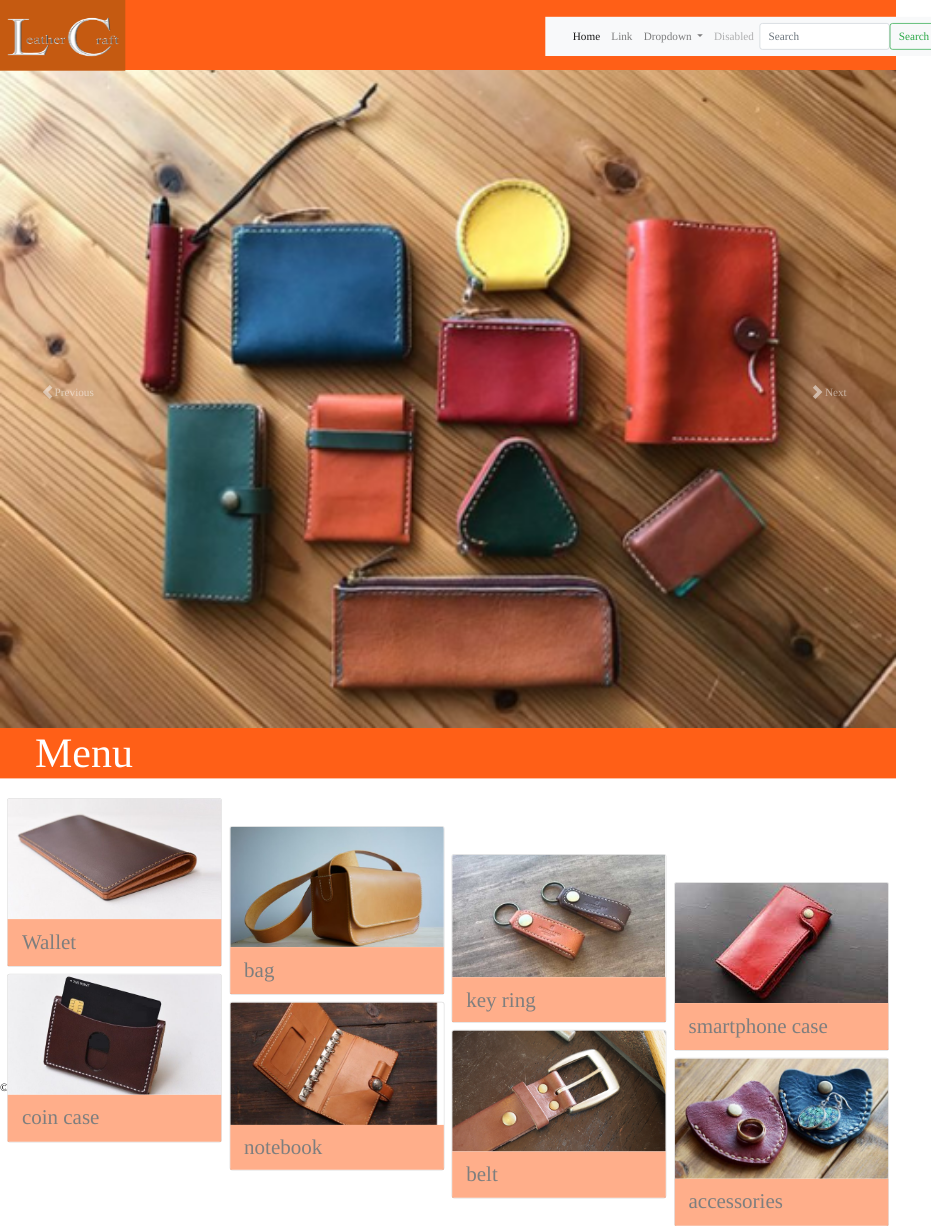
Repository: Ossan-gon/leatercraft
Page: index/indexx.html
The author's editor kept a record of every edit. The page is drawn from the files as they stood at one moment, then again after the next edit.
The browser window is 1280 px wide. The page is 1330 px wide, so the pictures cover 1330 px, including what lies to the right of the window. The pictures show the whole page, at 70% of full size.
Some web libraries are served in a nearby version.

Above is the page before.

### index/indexx.html
<!DOCTYPE html>
<html lang="ja">
<head>
    <meta charset="UTF-8">
    <meta name="viewport" content="width=device-width, initial-scale=1.0">
    <meta http-equiv="X-UA-Compatible" content="ie=edge">
    <title>leathercraft</title>
    <link rel="stylesheet" href="https://stackpath.bootstrapcdn.com/bootstrap/4.2.1/css/bootstrap.min.css" integrity="sha384-GJzZqFGwb1QTTN6wy59ffF1BuGJpLSa9DkKMp0DgiMDm4iYMj70gZWKYbI706tWS" crossorigin="anonymous">
    <link rel="stylesheet" href="./../stylesheet/style.css">
</head>
<body>
    <header id="h_r">
        <img class="h_l" src="./../images/logo.png"></img>  <nav class="h_n" class="navbar navbar-expand-lg navbar-light bg-light">
  　     <nav class="navbar navbar-expand-lg navbar-light bg-light">
           <div class="container-fluid">
            <button class="navbar-toggler" type="button" data-bs-toggle="collapse" data-bs-target="#navbarSupportedContent" aria-controls="navbarSupportedContent" aria-expanded="false" aria-label="Toggle navigation">
              <span class="navbar-toggler-icon"></span>
            </button>
           <div class="collapse navbar-collapse" id="navbarSupportedContent">
           <ul class="navbar-nav me-auto mb-2 mb-lg-0">
            <li class="nav-item">
             <a class="nav-link active" aria-current="page" href="#">Home</a>
            </li>
            <li class="nav-item">
             <a class="nav-link" href="#">Link</a>
            </li>
            <li class="nav-item dropdown">
              <a class="nav-link dropdown-toggle" href="#" id="navbarDropdown" role="button" data-bs-toggle="dropdown" aria-expanded="false">
              Dropdown
              </a>
             <ul class="dropdown-menu" aria-labelledby="navbarDropdown">
               <li><a class="dropdown-item" href="#">Action</a></li>
               <li><a class="dropdown-item" href="#">Another action</a></li>
               <li><hr class="dropdown-divider"></li>
               <li><a class="dropdown-item" href="#">Something else here</a></li>
            </ul>
            </li>
            <li class="nav-item">
             <a class="nav-link disabled" href="#" tabindex="-1" aria-disabled="true">Disabled</a>
            </li>
           </ul>
           <form class="d-flex">
            <input class="form-control me-2" type="search" placeholder="Search" aria-label="Search">
            <button class="btn btn-outline-success" type="submit">Search</button>
           </form>
          </div>
          </div>
        </nav>
    </header>
    <div id="carouselExampleFade" class="carousel slide carousel-fade" class="slide" data-bs-ride="carousel">
         <div class="carousel-inner">
            <div class="carousel-item active">
              <img src="./../images/leather_1.png" class="d-block w-100" alt="leather1">
            </div>
            <div class="carousel-item">
              <img src="./../images/leather_2.png" class="d-block w-100" alt="leather2">
            </div>
            <div class="carousel-item">
              <img src="./../images/leather_3.png" class="d-block w-100" alt="leather3">
            </div>
         </div>
            <a class="carousel-control-prev" href="#carouselExampleFade" role="button" data-bs-slide="prev">
            <span class="carousel-control-prev-icon" aria-hidden="true"></span>
            <span class="visually-hidden">Previous</span>
            </a>
            <a class="carousel-control-next" href="#carouselExampleFade" role="button" data-bs-slide="next">
            <span class="carousel-control-next-icon" aria-hidden="true"></span>
            <span class="visually-hidden">Next</span>
            </a>
    </div>
    <section id="menu">
        <div class="m_h">
            <h1>Menu</h1>
        </div>
        <div id="card_set">
            <div class="card" style="width: 18rem;">
              <img src="./../images/wallet.png" class="card-img-top" alt="wallet">
              <div class="card-body">
                <p class="card-text">Wallet</p>
              </div>
            </div>
            <div class="card" style="width: 18rem;">
              <img src="./../images/bag.png" class="card-img-top" alt="bag">
              <div class="card-body">
                <p class="card-text">bag</p>
              </div>
            </div>
            <div class="card" style="width: 18rem;">
              <img src="./../images/keyring.png" class="card-img-top" alt="key_ring">
              <div class="card-body">
                <p class="card-text">key ring</p>
              </div>
            </div>
            <div class="card" style="width: 18rem;">
              <img src="./../images/smartphonecase.png" class="card-img-top" alt="smartphone_case">
              <div class="card-body">
                <p class="card-text">smartphone case</p>
              </div>
            </div>
            <div class="card" style="width: 18rem;">
              <img src="./../images/coincase.png" class="card-img-top" alt="coin_case">
              <div class="card-body">
                <p class="card-text">coin case</p>
              </div>
            </div>
            <div class="card" style="width: 18rem;">
              <img src="./../images/notebook.png" class="card-img-top" alt="notebook">
              <div class="card-body">
                <p class="card-text">notebook</p>
              </div>
            </div>
            <div class="card" style="width: 18rem;">
              <img src="./../images/belt.png" class="card-img-top" alt="belt">
              <div class="card-body">
                <p class="card-text">belt</p>
              </div>
            </div>
            <div class="card" style="width: 18rem;">
              <img src="./../images/accessories.png" class="card-img-top" alt="accessories">
              <div class="card-body">
                <p class="card-text">accessories</p>
              </div>
            </div>
        </div>
    </section>
    <footer id="footer">
        <p>&copy; LeatherCraft</p>
    </footer>
    <script src="https://cdn.jsdelivr.net/npm/@popperjs/core@2.5.4/dist/umd/popper.min.js" integrity="sha384-q2kxQ16AaE6UbzuKqyBE9/u/KzioAlnx2maXQHiDX9d4/zp8Ok3f+M7DPm+Ib6IU" crossorigin="anonymous"></script>
    <script src="https://cdn.jsdelivr.net/npm/bootstrap@5.0.0-beta1/dist/js/bootstrap.min.js" integrity="sha384-pQQkAEnwaBkjpqZ8RU1fF1AKtTcHJwFl3pblpTlHXybJjHpMYo79HY3hIi4NKxyj" crossorigin="anonymous"></script>
    <script src="./../script/script.js"></script>
</body>
</html>

### stylesheet/style.css
@charset "UTF-8";

/*----------------------html------------------------------*/
html {
    /*==============スクロールの記述=========================*/
    scroll-behavior  : smooth;
}

/*----------------------body------------------------------*/
body {
    margin           : 0;
    padding          : 0;
    font-family      : "Times","helvetica neue", "YuGothic", "ヒラギノ角ゴ pron w3", "Hiragino Kaku Gothic ProN", "Arial", "メイリオ", "Meiryo", "sans-serif";
    font-size        : 1rem;
    line-height      : 150%;
    color            : #000;
    background       : #fff;
}

#h_r {
    position         : fixed;
    background-color : #ff5f17;
    height           : 100px;
    width            : 100%;
    z-index          : 500;
    display          : flex;
}

.h_l {
    width            : 14vw;
    height           : 14vh;
}

#h_r nav {
    position         : relative;
    left             : 300px;
}
/*-----------------------slide----------------------------*/
.slide {
    position         : relative;
    top              : 80px;
}

/*----------------------Menu-------------------------------*/
#menu {
    position         : relative;
    top              : 100px;
}

.m_h {
    background       : #ff5f17;
    position         : relative;
    top              : -20px;
}

.m_h  h1 {
    position         : relative;
    left             : 50px;
    color            : #fff;
    font-size        : 60px;
}
/*-----------------------------card----------------------*/
#card_set {
    display: flex;
    flex-wrap: wrap;
    justify-content: space-evenly;

}

.card {
    flex-basis       : 24%;
    margin-bottom    : 10px;
}

.card:nth-child(2), .card:nth-child(6) {
    top              : 40px;
}

.card:nth-child(3), .card:nth-child(7) {
    top              : 80px;
}

.card:nth-child(4), .card:nth-child(8) {
    top              : 120px;
}

.card-body {
    background       : #ff5f17;
    opacity          : 0.5;
}

.card-text {
    font-size        : 30px;
}

Loaded but not shown: script/script.js (no stored copy; drawn as an empty file)

After the next edit:
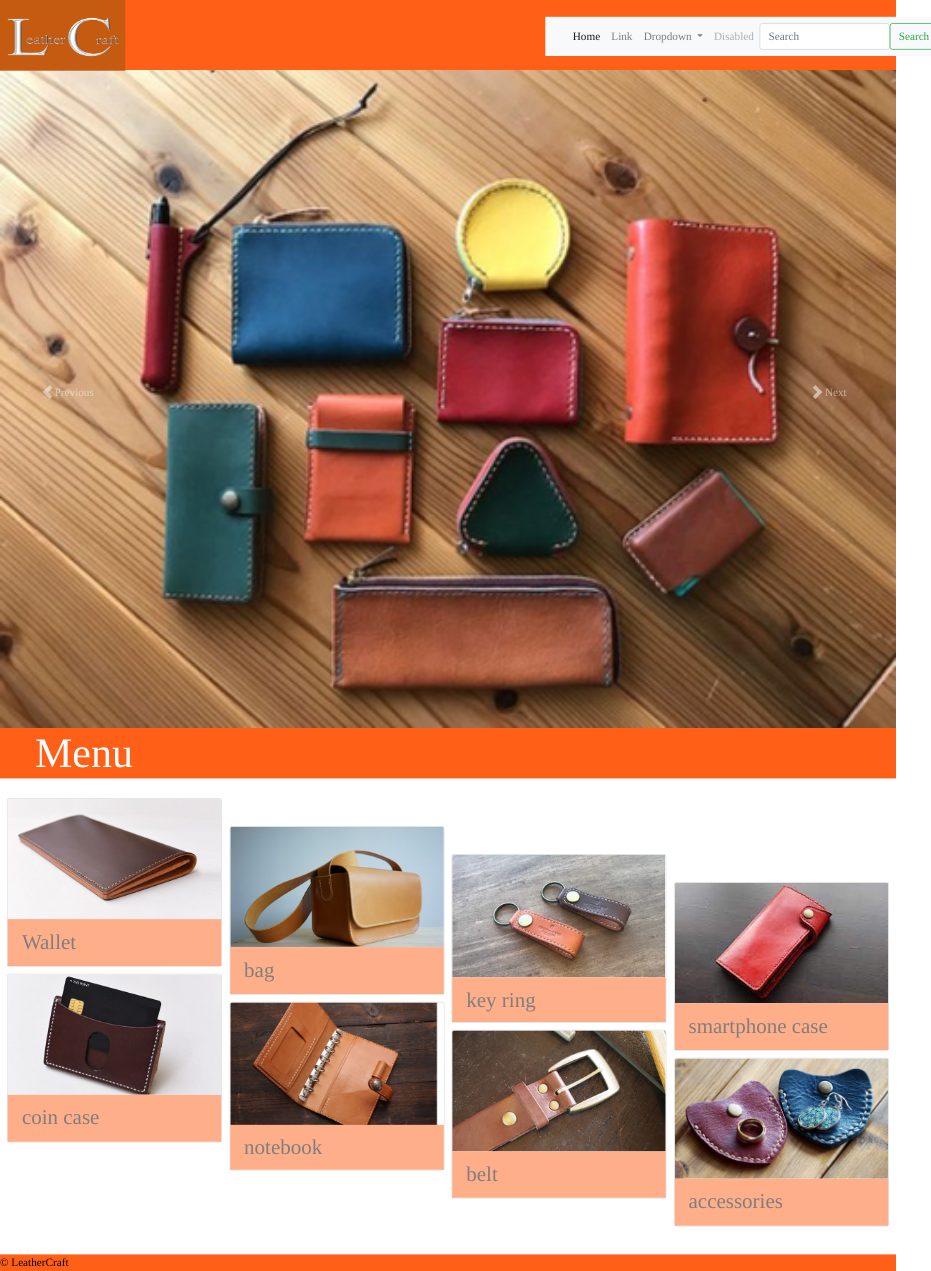
The edit:
--- a/stylesheet/style.css
+++ b/stylesheet/style.css
@@ -92,3 +92,11 @@
 .card-text {
     font-size        : 30px;
 }
+
+/*-----------------------------footer----------------------*/
+
+#footer {
+    position         : relative;
+    top              : 250px;
+    background       : #ff5f17;
+}
